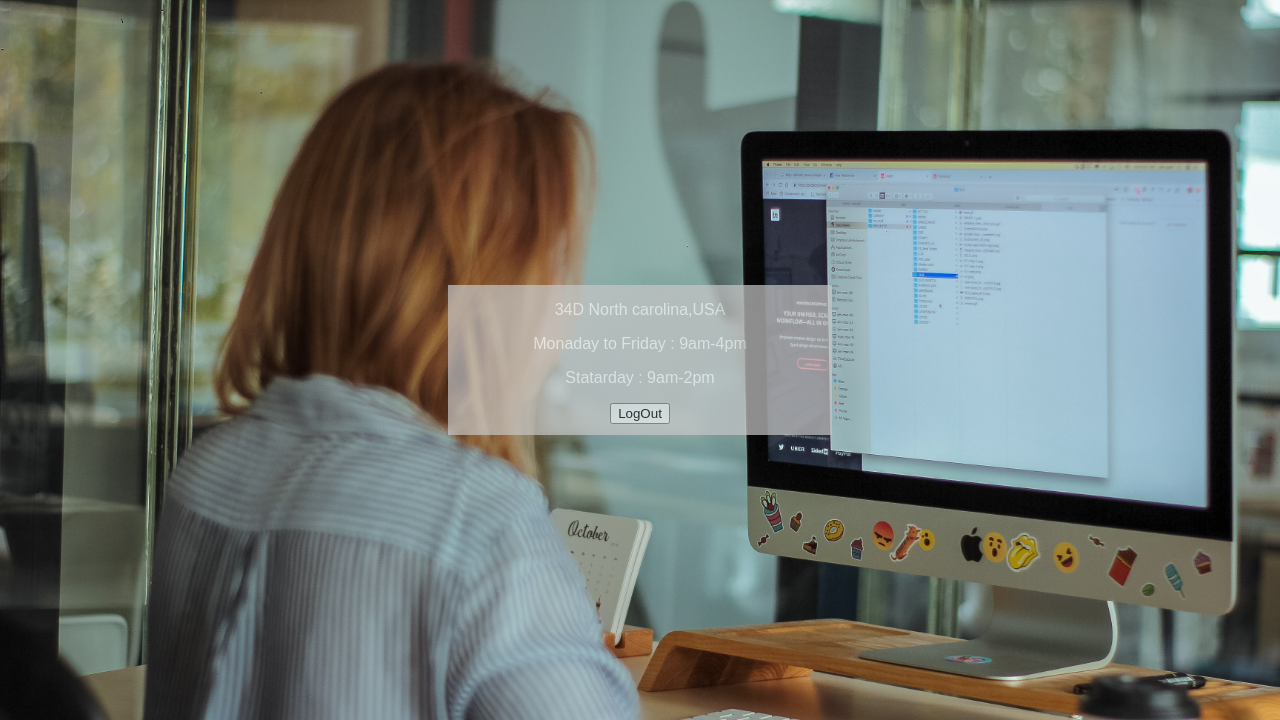
Repository: MyselfAman/Login_Page_Servlet
Page: http://localhost/Login_Page/About_Us.jsp
The author's editor kept a copy of each file at every save. The page is drawn from the files as they stood at one save, then again after the next save.
The browser window is 1280 px wide. The pictures show the whole page.
The page is served by Tomcat 9. The session is filled in as if someone had signed in: {"name": "Test User"}. Other server files are loaded and not shown.

Above is the page before, as saved 2019-08-08 06:13:32.

### Login_Page/WebContent/About_Us.jsp
<%@ page language="java" contentType="text/html; charset=ISO-8859-1"
    pageEncoding="ISO-8859-1"%>
<!DOCTYPE html>
<html>
<head>
<meta charset="ISO-8859-1">
<title>About_Us</title>
 <link href="About_Us.css" rel="stylesheet" type="text/css">
</head>
<body>
<%
	if(session.getAttribute("name")==null)
	{
		response.sendRedirect("login.jsp");
	}
%>
<div>
	<p>34D North carolina,USA</p>
	<p>Monaday to Friday : 9am-4pm</p>
	<p>Statarday : 9am-2pm</p>

	<form action="Logout">
	<input type="submit" value="LogOut">
	</form>
</div>
</body>

</html>

### Login_Page/WebContent/About_Us.css
@charset "ISO-8859-1";

body {
  margin: 0;
  padding: 0;
  background: url("images/code.jpg")no-repeat center top;
  background-size: cover;
  font-family: sans-serif;
  height: 100vh;
  color:White;
  text-align:center;
}

div{
	background-color:#c7c7c7;
	height:150px;
	width:30%;
	top:50%;
	left:50%;
	position: absolute;
    transform: translate(-50%, -50%);
    opacity:0.7;
}

p{
	color:white;
}

After the next save:
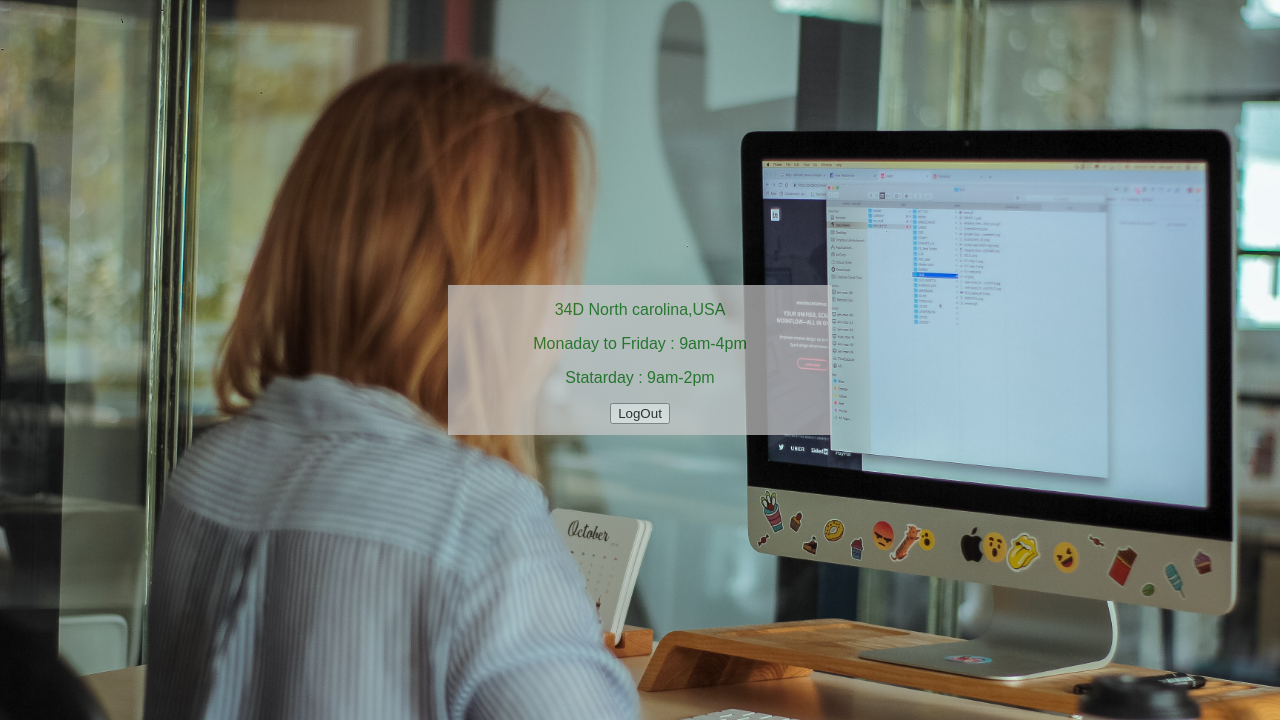
Saved 22 s later.
--- a/Login_Page/WebContent/About_Us.css
+++ b/Login_Page/WebContent/About_Us.css
@@ -23,5 +23,5 @@ div{
 }
 
 p{
-	color:white;
+	color:darkgreen;
 }
